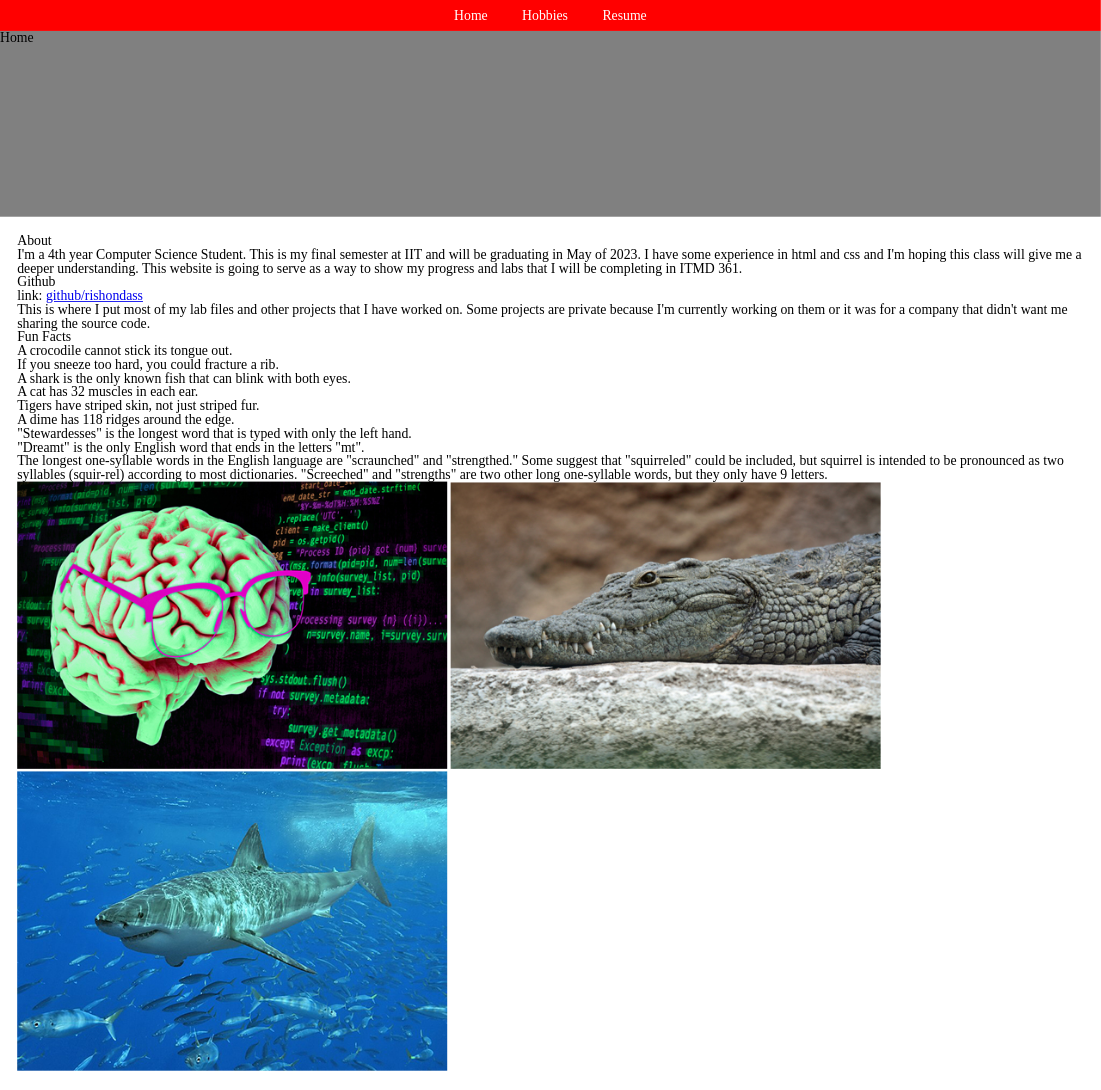
Repository: rishondass/ITMD361-Project2
Page: index.html
An editor plug-in stored every save of this project. The page is shown before and after a run of saves, followed by the edit.
The browser window is 1280 px wide. The pictures show the whole page, at 86% of full size.

Above is the page before, as saved 2023-03-07 21:38:45.

After the next 2 saves:
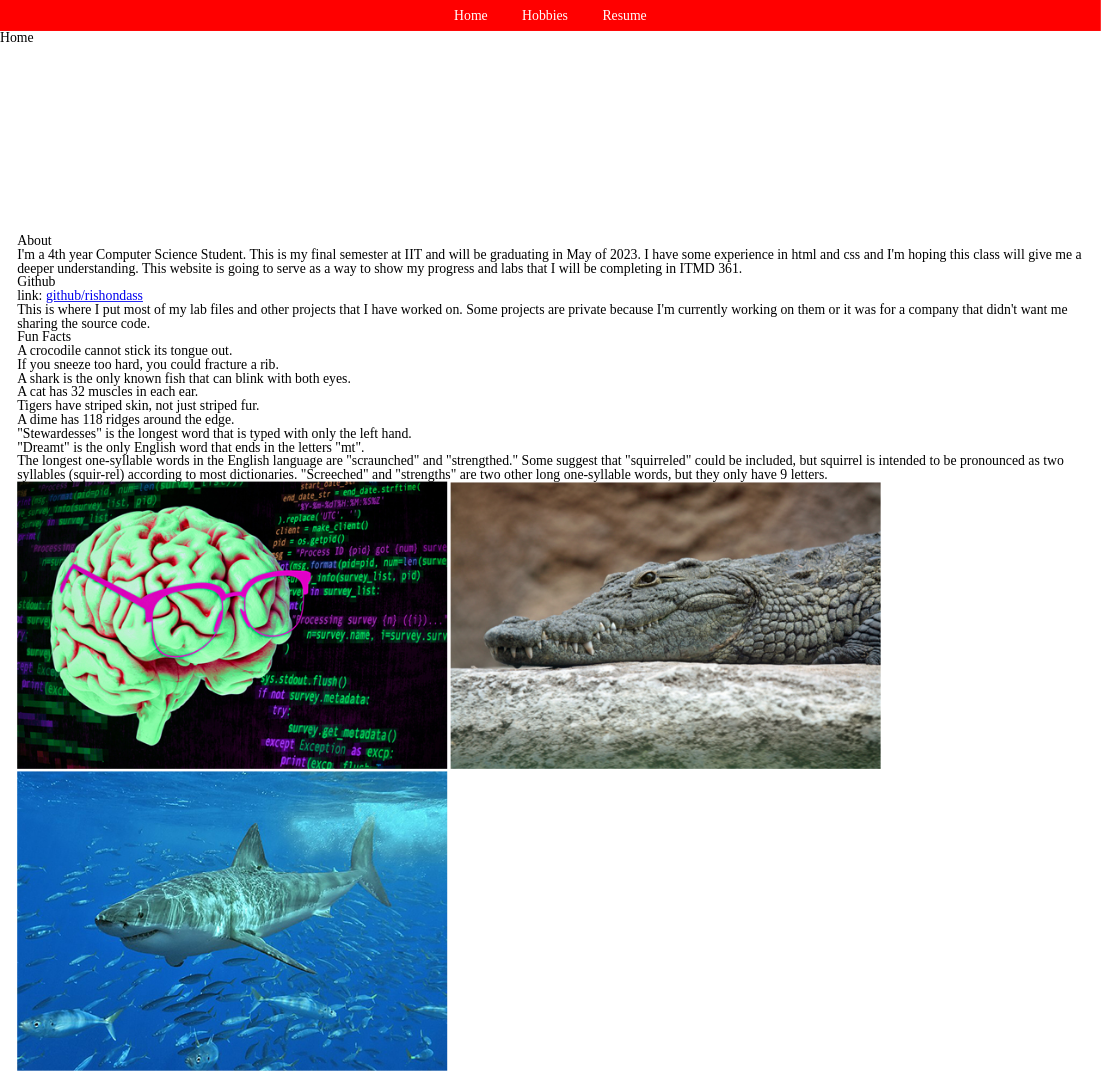
The 2 saves are shown as one change because they came seconds apart.
The last was saved 75 s later.
--- a/css/style.css
+++ b/css/style.css
@@ -31,6 +31,6 @@
 #hero-section{
     width: 100%;
     height: 30vh;
-    background-color: gray;
+    background-image: ;
     margin: 0;
 }
